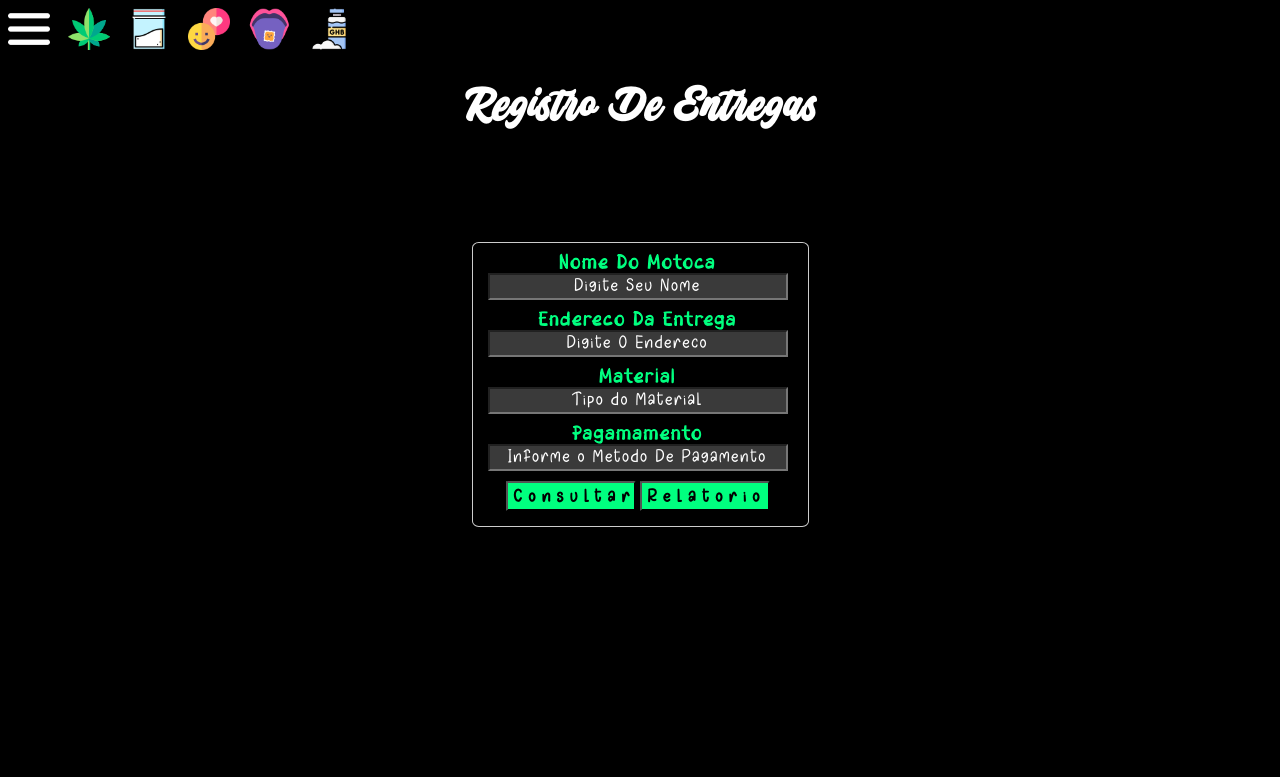
Repository: alfredo-allan/relatorioentregas
Page: pages/consultar.html
An editor plug-in stored every save of this project. The page is shown before and after a run of saves, followed by the edit.
The browser window is 1280 px wide. The pictures show the whole page.

Above is the page before, as saved 2024-05-03 13:33:17.
Console error: SyntaxError: Unexpected token ')'

### pages/consultar.html
<!DOCTYPE html>
<html lang="pt-BR">
  <head>
    <meta charset="UTF-8" />
    <meta name="viewport" content="width=device-width, initial-scale=1.0" />
    <link rel="stylesheet" href="../style/styles.css" />
    <title>Registro De Entregas</title>
  </head>
  <body>
    <div id="menu-options">
      <ul>
        <a href="./consultar.html"><li>Consultar Entregas</li></a>
        <a href="/index.html"><li>Registrar Entregas</li></a>
        <a href="./editar.html"><li>Editar Entrega</li></a>
        <a href="./apagar.html"><li>Apagar Entrega</li></a>
        <a href="./detalhes.html"><li>Listagem Detalhada</li></a>
      </ul>
    </div>
    <header>
      <img id="menu-icon" src="../img/barra-de-menu.png" alt="" />
      <img id="cha" src="../img/marijuana.png" alt="" />
      <img id="po" src="../img/cocaina.png" alt="" />
      <img id="bala" src="../img/mdma.png" alt="" />
      <img id="lsd" src="../img/lsd.png" alt="" />
      <img id="ghb" src="../img/ghb.png" alt="" />
    </header>
    <h1 id="text-top">Registro De Entregas</h1>
    <div id="form">
      <div class="column">
        <span style="display: none">ID:</span>
        <input
          type="text"
          id="id"
          style="display: none"
          placeholder="ID"
          readonly
        />
        <span>Nome Do Motoca</span>
        <input type="text" id="nome-motoca" placeholder="Digite Seu Nome" />

        <span>Endereço Da Entrega</span>
        <input
          type="text"
          id="endereco-entrega"
          placeholder="Digite O Endereço"
        />

        <span>Material</span>
        <input
          type="text"
          id="descricao-produto"
          placeholder="Tipo do Material"
        />

        <span>Pagamamento</span>
        <input
          type="text"
          id="pagamento"
          placeholder="Informe o Metodo De Pagamento"
        />

        <!-- <div id="modal">
          <span for="startDate">Data de início:</span>
          <input id="startDate" type="date" />
          <span for="endDate">Data de término:</span>
          <input id="endDate" type="date" />
        </div> -->

        <div id="bts-consulta">
          <button id="btn-consultar">Consultar</button>
          <button id="gerar-relatorio-btn">Relatorio</button>
        </div>
      </div>
    </div>

    <script>
      document
        .getElementById("btn-consultar")
        .addEventListener("click", function () {
          const nomeMotoca = document.getElementById("nome-motoca").value;
          const enderecoEntrega =
            document.getElementById("endereco-entrega").value;
          const startDate = document.getElementById("startDate").value;
          const endDate = document.getElementById("endDate").value;

          fetch("http://192.168.10.20:8001/dados")
            .then((response) => response.json())
            .then((data) => {
              const dataList = document.getElementById("data-list");
              dataList.innerHTML = "";

              data.forEach((item) => {
                if (
                  item.nomeMotoca === nomeMotoca &&
                  item.enderecoEntrega === enderecoEntrega &&

                  // item.startDate >= startDate &&
                  // item.endDate <= endDate
                ) {
                  const listItem = document.createElement("li");
                  listItem.innerHTML = `
                <br/>
                <span class="name" >Nome do Motoca: </span> <span class="item" id="promotor" style="color:rgb(56, 56, 56);">${item.nomePromotor}</span><br>
                <span class="name" >Número Do Registro: </span> <span class="item" id="id" style="color:rgb(179, 7, 7);">${item.id}</span><br>
                <span class="name" >Endereço da Entrega: </span><span class="item">${item.enderecoEntrega}</span><br>
                <span class="name" >Descrição do Produto: </span><span class="item">${item.descricaoProduto}</span><br>
                <span class="name" >Datas Das Entregas: </span><span class="item">${item.startDate}</span><br>
                <span class="name" >Datas Das Entregas: </span><span class="item">${item.endDate}</span><br>
                <span class="name" >Forma De Pagamento: </span><span class="item">${item.pagamento}</span><br>
              `;
                  dataList.appendChild(listItem);
                }
              });
            })
            .catch((error) => console.error("Erro ao buscar dados:", error));
        });

      document
        .getElementById("gerar-relatorio-btn")
        .addEventListener("click", function () {
          const nomeMotoca = document.getElementById("nome-motoca").value;
          const enderecoEntrega =
            document.getElementById("endereco-entrega").value;

          fetch("http://192.168.10.20:8001/dados")
            .then((response) => response.json())
            .then((data) => {
              const content = data
                .map((item) => {
                  if (
                    item.nomeMotoca === nomeMotoca &&
                    item.enderecoEntrega === enderecoEntrega
                  ) {
                    return `
                            Nome Do Motoca: ${item.nomeMotoca}
                            Número Do Registro: ${item.id}
                            Endereço Da Entrega: ${item.enderecoEntrega}
                            Descrição Do Produto: ${item.descricaoProduto}
                            Forma De Pagamento: ${item.inputData}
                            Dia Da Entrega: ${item.dataEntrega}
                            -----------------------------
                        `;
                  }
                })
                .join("");

              const blob = new Blob([content], { type: "text/plain" });
              const url = URL.createObjectURL(blob);
              const a = document.createElement("a");
              a.href = url;
              a.download = "Relatorio_Entregas.txt";
              a.click();
            })
            .catch((error) => console.error("Erro ao buscar dados:", error));
        });
    </script>
  </body>
</html>

### style/styles.css
:root {
  --las-americas: "Las-americas", sans-serif;
  --gribble-font: "Gribble";
  --helootwuins-font: "HelooTwuins";
  --verde--color: #00ff7f;
}

body {
  background-color: black;
}

@font-face {
  font-family: "Las-americas";
  src: url("../fonts/las_americas/LasAmericas_PERSONAL_USE_ONLY.otf")
    format("truetype");
  /* Adicione mais formatos (e.g. woff, woff2) conforme necessário */
}

@font-face {
  font-family: "Gribble";
  src: url("../fonts/gribble/Gribble.ttf") format("truetype");
  /* Adicione mais formatos (e.g. woff, woff2) conforme necessário */
}

@font-face {
  font-family: "HelooTwuins";
  src: url("../fonts/hello_twins/HelloTwinsDEMO.otf") format("truetype");
  /* Adicione mais formatos (e.g. woff, woff2) conforme necessário */
}

header {
  img {
    width: 42px;
    margin-right: 14px;
    text-wrap: nowrap;
  }
}

img #menu-icon {
  margin-right: 20px;
  margin-left: -1%;
}

#text-top {
  text-align: center;
  font-family: var(--las-americas);
  color: white;
  letter-spacing: 1.2px;
  margin-top: 30px;
  font-size: 40px;
}

.column {
  display: flex;
  flex-direction: column;
  align-items: center;
  padding: 10px 20px 15px 15px;
  border: 1px solid #ccc;
  border-radius: 2%;
  width: 300px;
  margin: 0 auto;
}

#form {
  border-radius: 2%;
  margin-top: 110px;
  margin-bottom: 250px;
  span {
    color: #00ff7f;
    font-family: var(--gribble-font);
    font-size: 20px;
    letter-spacing: 2px;
    font-weight: 600;
  }
}

input {
  text-align: center;
  margin-bottom: 5px;
  padding: 5px;
  width: 100%;
  box-sizing: border-box;
  font-weight: 600;
  margin-bottom: 10px;
  background-color: rgba(255, 255, 255, 0.226);
  color: white;
  font-family: var(--helootwuins-font);
  letter-spacing: 2px;
}

input::placeholder {
  text-align: center;
  color: white;
  font-family: var(--helootwuins-font);
  font-weight: 400;
  font-size: 18px;
}

button {
  width: 130px;
  height: 30px;
  border-radius: 2%;
  background-color: var(--verde--color);
  font-family: var(--helootwuins-font);
  font-size: 18px;
  letter-spacing: 7px;
  font-weight: 900;
}

#menu-icon {
  cursor: pointer;
}

#menu-options {
  display: none;
  position: absolute;
  top: 0;
  left: 0;
  margin-top: 60px;
  width: 60%;
  height: 35vh;
  background-color: var(--verde--color);
  color: white;
  font-family: var(--gribble-font);
  font-weight: 900;
  border-bottom-right-radius: 10%;
  color: black;
  letter-spacing: 2px;
}

a {
  text-decoration: none; /* Remove o sublinhado */
  color: black;
}

#menu-options ul {
  list-style: none;
  padding: 0;
  margin-left: 10px;
  font-size: 20px;
}

#menu-options ul li {
  padding: 10px;
  /* border-bottom: 1px solid white; */
}

#modal {
  background: black;
  text-align: center;
}

.modal {
  display: none; /* Escondido por padrão */
  position: fixed;
  z-index: 1;
  left: 0;
  top: 0;
  width: 100%;
  height: 100%;
  overflow: auto;
  background-color: rgba(0, 0, 0, 0.4);
}

.modal-content {
  background-color: #fefefe;
  margin: 15% auto;
  padding: 20px;
  border: 2px solid #888;
  width: 80%;
  border-radius: 10px;
  p {
    text-align: center;
    font-family: var(--luthier-font);
    letter-spacing: 3px;
    font-weight: 600;
    color: var(--cor-azul);
  }
}

.close {
  color: #aaa;
  float: right;
  font-size: 28px;
  font-weight: bold;
}

.close:hover,
.close:focus {
  color: black;
  text-decoration: none;
  cursor: pointer;
}

#data-list {
  margin: 0 auto;
  left: 50%;
  transform: translateX(-50%);
  margin: 0 auto;
  left: 50%;
  top: 60%;
  transform: translate(-50%, -50%);
  /* border: 1px solid var(--cor-azul); */
  color: var(--cor-azul);
  border-radius: 5px;
  max-height: 330px;
  overflow-y: auto;
  position: absolute;
  z-index: -1;
  margin-top: 110px;
  margin-left: 0px;
  width: 336px;
  list-style: none;
  .name {
    font-family: var(--oswald-font);
    font-weight: 900;
    font-size: 17px;
  }
  .item {
    font-family: var(--oswald-font);
    font-weight: 500;
    font-size: 15;
    color: rgb(0, 0, 0);
  }
}

/* #promotor {
  line-height: 60px;
} */

#data-list {
  /* Estilos do elemento #data-list */
  /* Defina outras propriedades conforme necessário */

  scrollbar-color: var(--cor-azul) var(--cor-azul); /* Cor da barra de rolagem e do fundo da barra */
}

#data-list::-webkit-scrollbar {
  width: 10px; /* Largura da barra de rolagem */
}

#data-list::-webkit-scrollbar-thumb {
  background-color: white; /* Cor da barra de rolagem */
  border-radius: 5px; /* Raio de borda da barra de rolagem */
}

#texto-descritivo {
  text-align: justify;
  margin-top: 200px;
  position: fixed;
  font-family: var(--luthier-font);
  letter-spacing: 3px;
  line-height: 2;
  margin-right: 8px;
  font-weight: 900;
  color: var(--cor-azul);
}

#del {
  width: 25px;
  margin: -4px;
  margin-left: 20px;
}

#atualizar {
  width: 25px;
  margin: -5px;
  margin-left: 20px;
}

.name {
  font-family: var(--oswald-font);
  font-weight: 900;
  font-size: 17px;
}
.item {
  font-family: var(--oswald-font);
  font-weight: 500;
  font-size: 15;
  color: white;
}

After the next 2 saves:
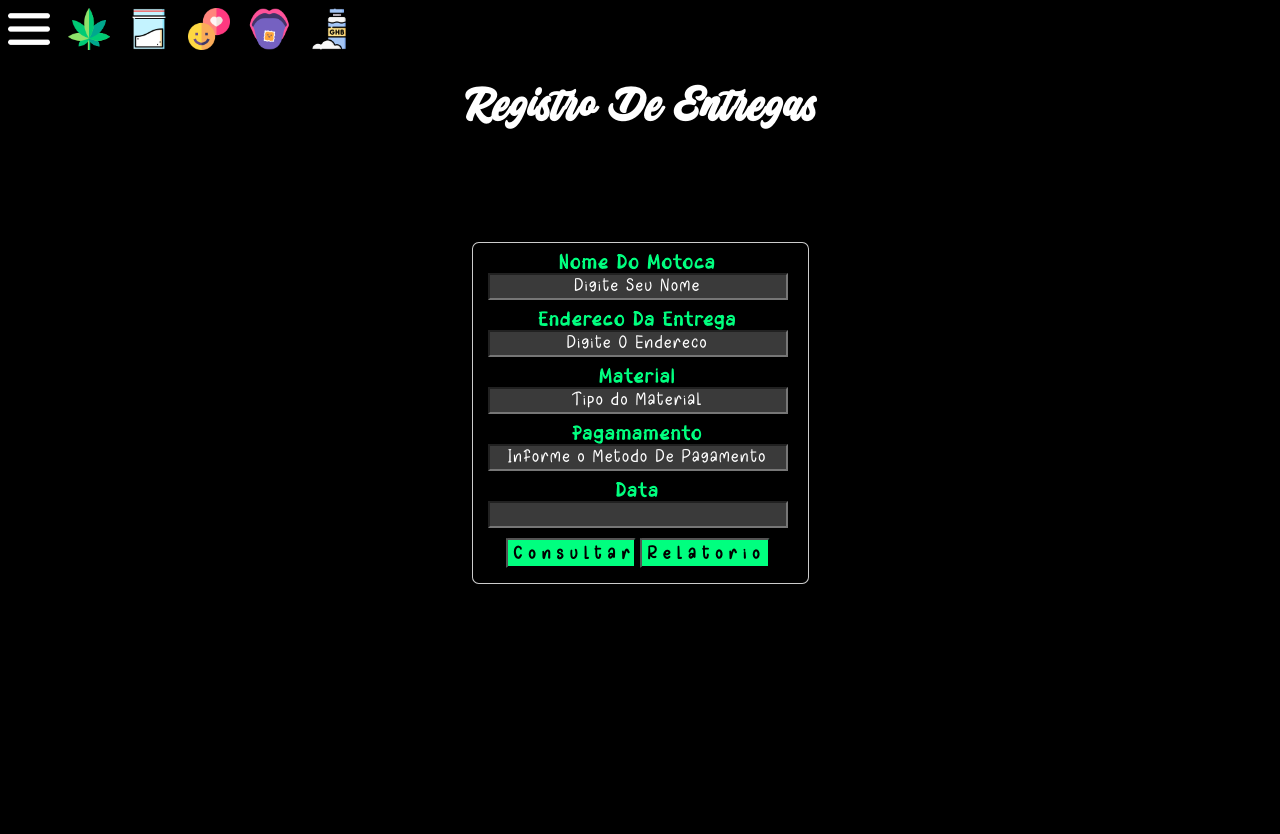
The 2 saves are shown as one change because they came seconds apart.
The last was saved 43 s later.
--- a/pages/consultar.html
+++ b/pages/consultar.html
@@ -59,6 +59,8 @@
           placeholder="Informe o Metodo De Pagamento"
         />
 
+        <span>Data</span>
+        <input id="data-entrega" type="text" />
         <!-- <div id="modal">
           <span for="startDate">Data de início:</span>
           <input id="startDate" type="date" />
